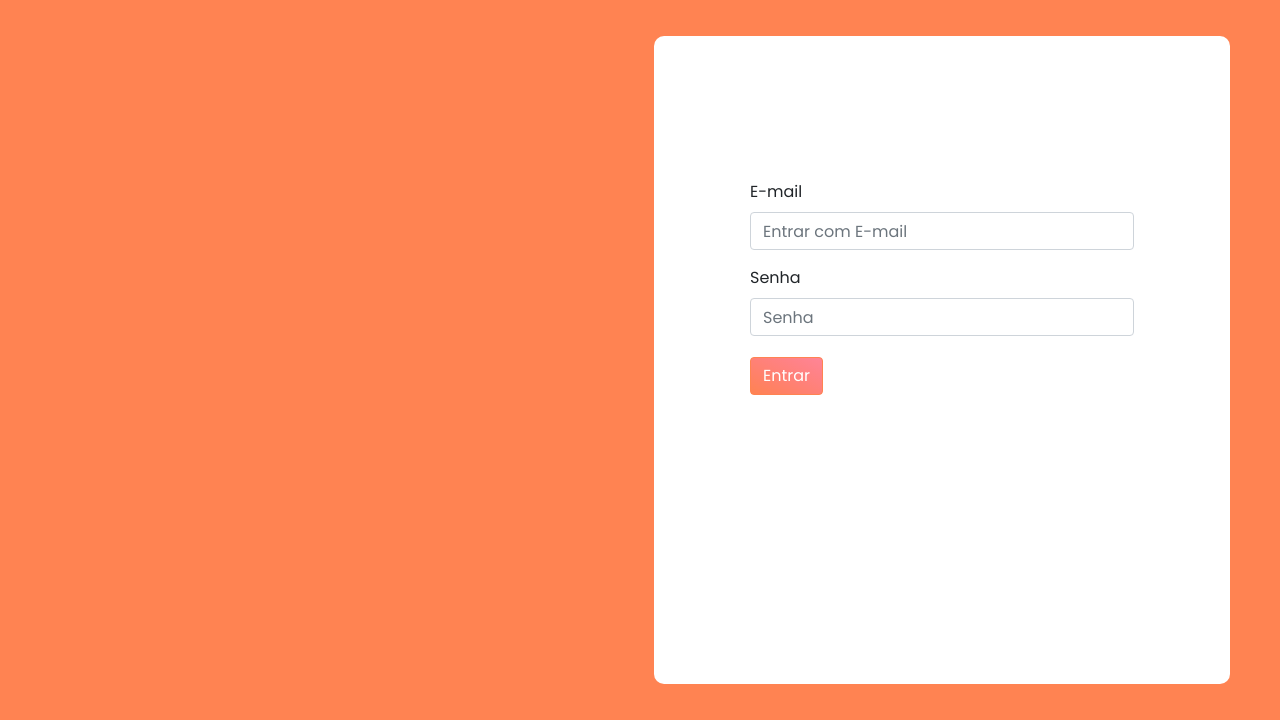
Repository: MilenaMelo/WebSite-PetCheers
Page: /login
An editor plug-in stored every save of this project. The page is shown before and after the next save, followed by the edit.
The browser window is 1280 px wide. The pictures show the whole page.
The project was rebuilt for these pictures with package versions that can differ from the ones it lists, and the page was loaded fresh each time.

Above is the page before, as saved 2020-08-26 22:25:53.

After the next save:
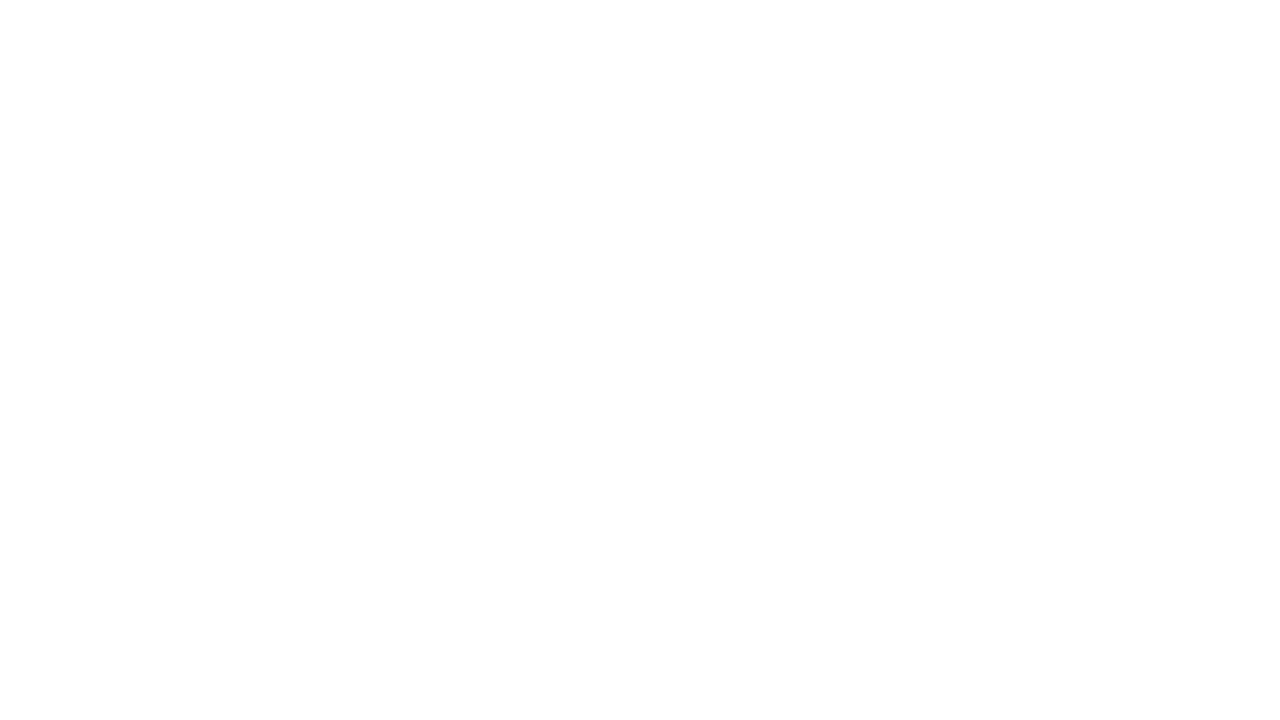
Saved 113 s later.
--- a/src/pages/login/Login.vue
+++ b/src/pages/login/Login.vue
@@ -1,5 +1,5 @@
 <template>
-  <div class="login">
+  <div class="login" v-if="loading">
     <div class="login-left">
     </div>
     <div class="login-right">

After the save that followed:
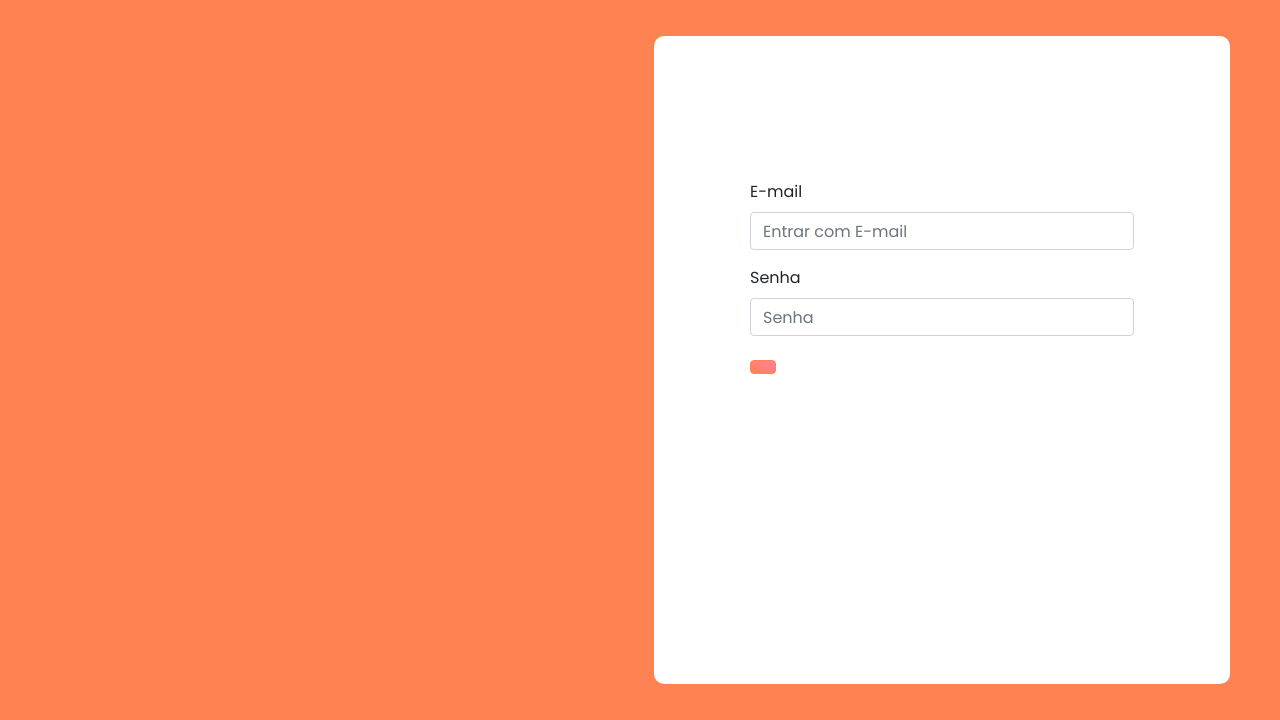
Saved 33 s later.
--- a/src/pages/login/Login.vue
+++ b/src/pages/login/Login.vue
@@ -1,5 +1,5 @@
 <template>
-  <div class="login" v-if="loading">
+  <div class="login">
     <div class="login-left">
     </div>
     <div class="login-right">
@@ -37,12 +37,12 @@
           <label class="form-check-label" for="exampleCheck1">Lembre de mim</label>
         </div> -->
         <button type="submit" class="btn btn-primary">
-          <template v-if="loading">
+          <!-- <template v-if="loading">
             <i class="fa fa-spinner fa-spin"></i>
           </template>
           <template v-else>
             Entrar
-          </template>
+          </template> -->
         </button>
       </form>
     </div>
